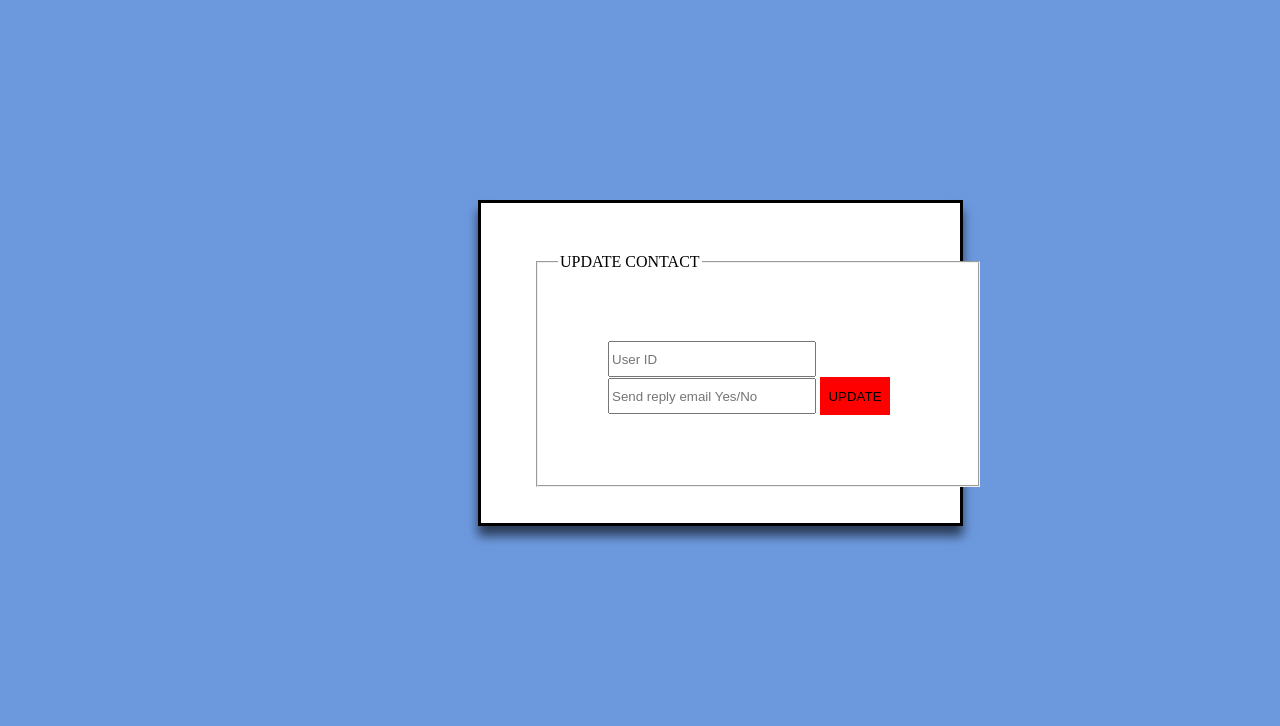
Repository: Nihara-R/Vehicle-Insurance-Portal
Page: http://localhost/updatecontact.php
These files come from the project's save history. The page is drawn as it stood at one moment and after the next save; the edit follows.
The browser window is 1280 px wide. The pictures show the whole page.
The page is run by PHP 8.4 with error messages shown; the project is at /var/www/html/.

Above is the page before, as saved 2023-06-29 10:34:08.

After the next save:
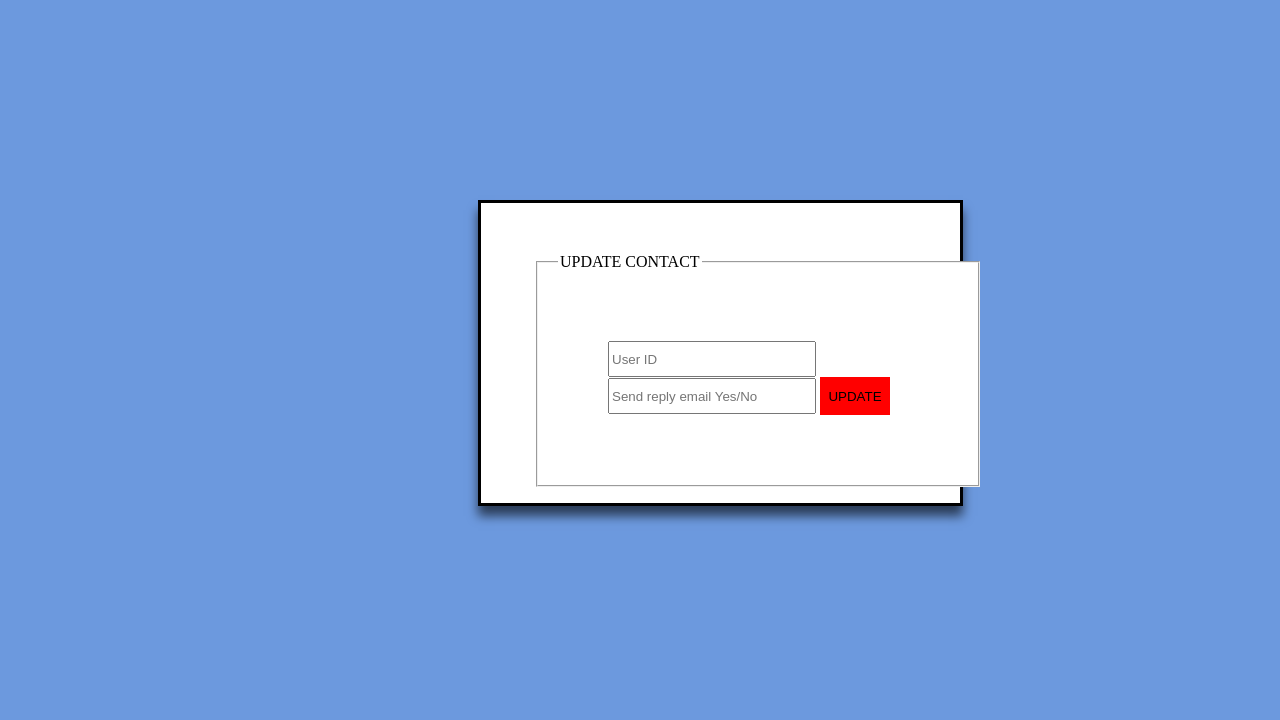
Saved 12 s later.
--- a/css/deletuser.css
+++ b/css/deletuser.css
@@ -18,7 +18,7 @@ margin: 50px;
   margin: 200px;
   margin-left: 470px;
   padding: 50px;
-  height: 220px;
+  height: 200px;
   border: 3px solid black;
   background-color: white;
   box-shadow: 0 10px 10px rgba(0,0, 0, 0.60);
